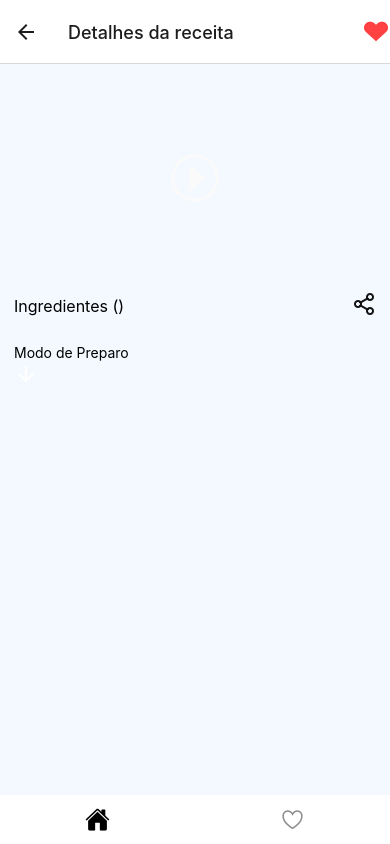
Repository: pheonix5/Receitas
Screen: /Detail
An editor plug-in stored every save of this project. The screen is shown before and after the next save, followed by the edit.
The page's requests for data from a server got no answer. The app was drawn by React Native's web renderer in a window 390 px wide. The project was rebuilt for these pictures with package versions that can differ from the ones it lists, and the page was loaded fresh each time. No one was signed in, and anything a server would have sent is missing. Also part of the build but not shown: src/components/foodlist/index.js, src/components/ingredients/index.js, src/components/instructions/index.js, src/pages/search/index.js, src/pages/favorites/index.js.

Above is the screen before, as saved 2023-04-08 20:27:54.

After the next save:
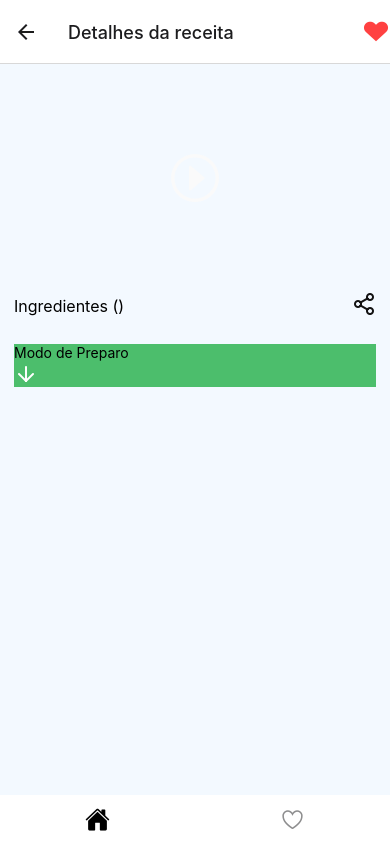
Saved 21 s later.
--- a/src/pages/detail/index.js
+++ b/src/pages/detail/index.js
@@ -102,5 +102,8 @@ const styles = StyleSheet.create({
       justifyContent: 'space-between',
       alignItems: 'center',
       marginBottom: 14
+    },
+    instructionsArea:{
+      backgroundColor: '#4cbe6c'
     }
 })
